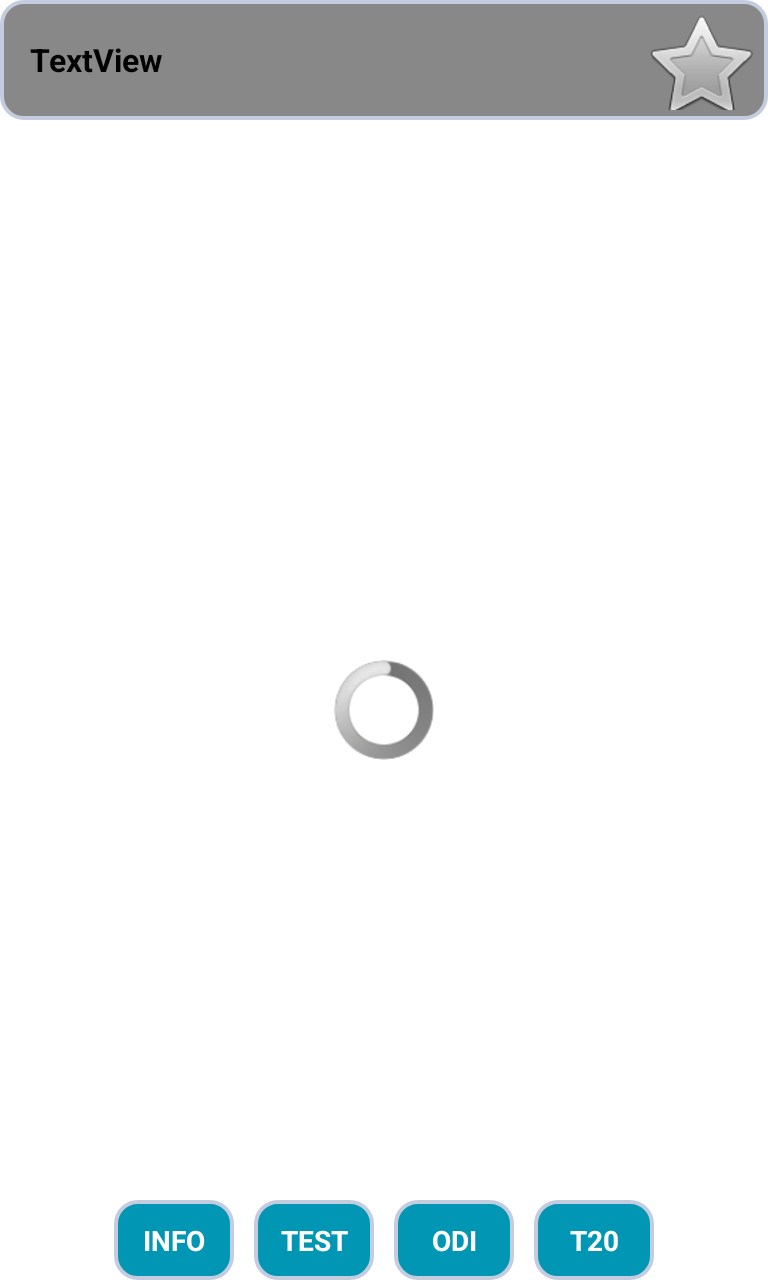
Repository: vinothsridhar/CrickBuzzChallenge
Layout: CricBuzzAndroidApp/res/layout/activity_playerprofile.xml
These files come from the project's save history. The layout is drawn as it stood at one moment and after the next save; the edit follows.
It is drawn on a 768 x 1280 px phone screen (xhdpi) without system bars, with theme AppTheme; the app's code is not run.

Above is the layout before, as saved 2014-12-20 16:20:49.

After the next save:
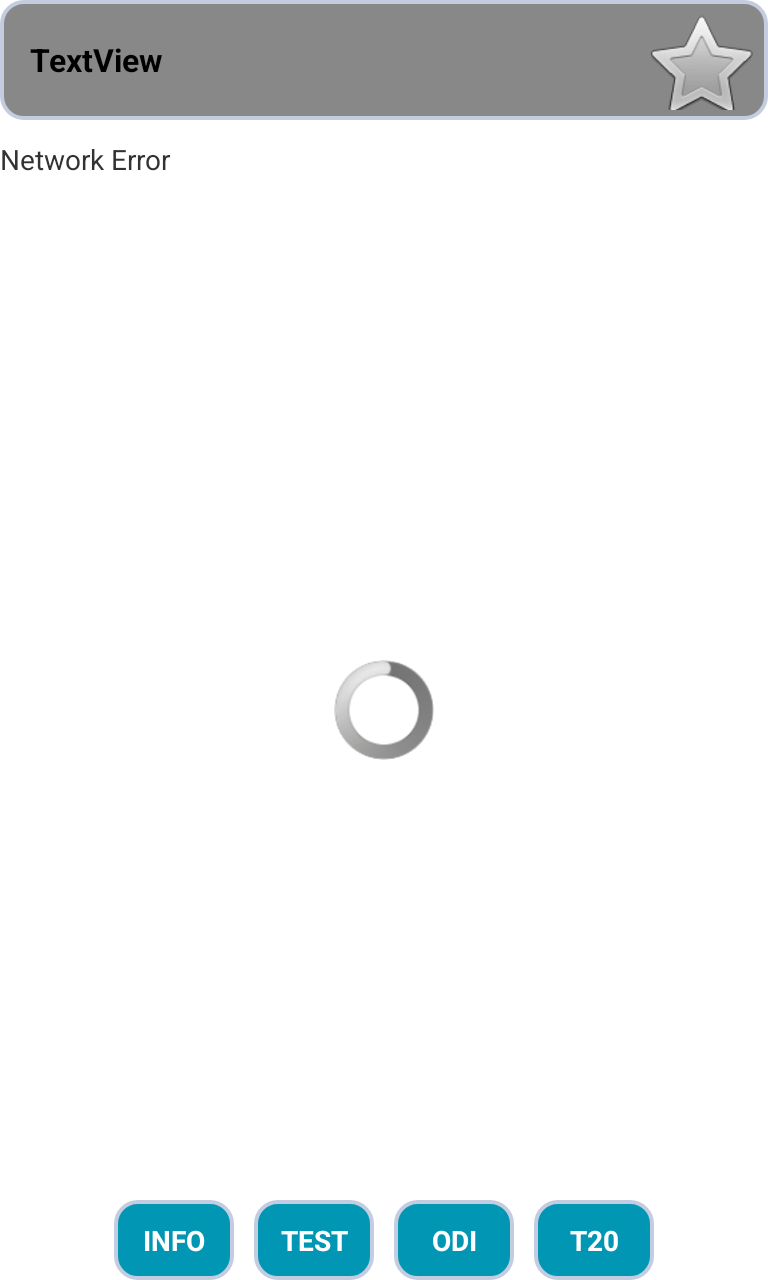
Saved 8 s later.
--- a/CricBuzzAndroidApp/res/layout/activity_playerprofile.xml
+++ b/CricBuzzAndroidApp/res/layout/activity_playerprofile.xml
@@ -22,7 +22,7 @@
             android:id="@+id/networkError"
             android:layout_width="fill_parent"
             android:layout_height="wrap_content"
-            android:text=""/>
+            android:text="@string/error_text"/>
 
         <RelativeLayout
             android:id="@+id/profileInfo"

After the save that followed:
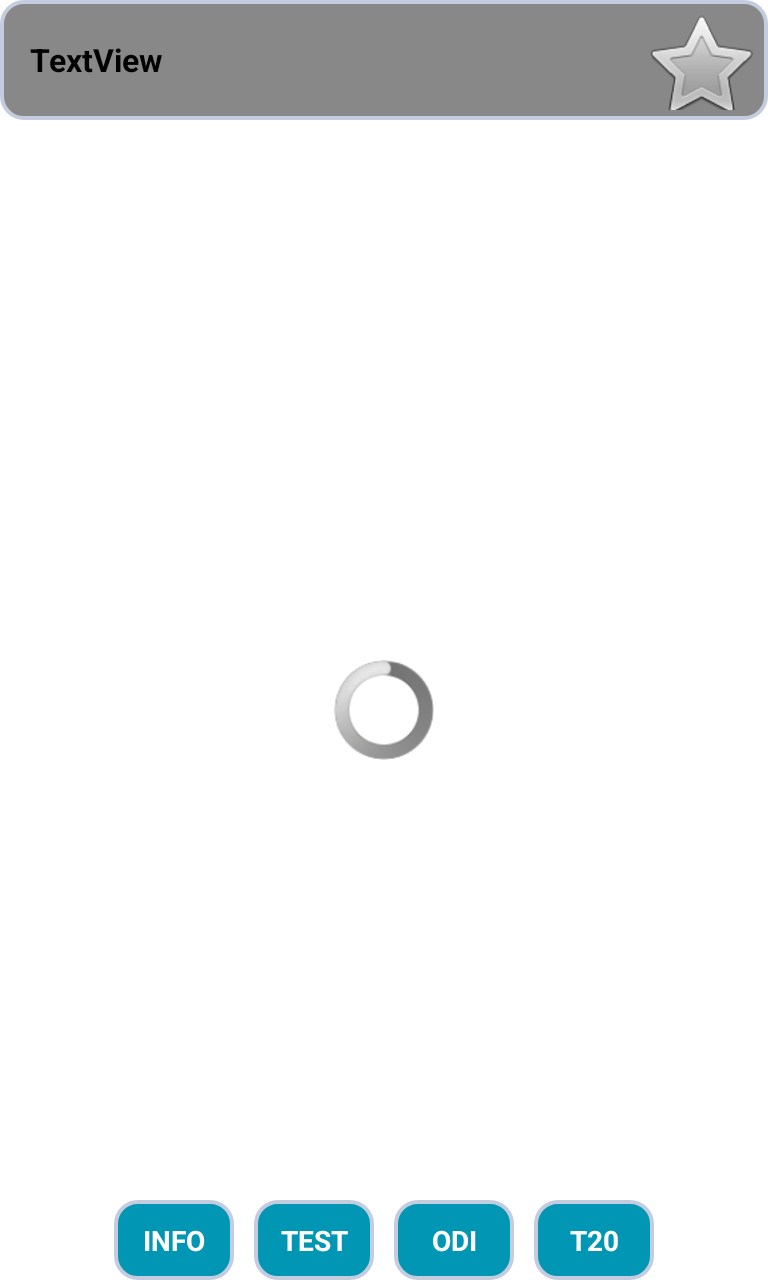
Saved 10 s later.
--- a/CricBuzzAndroidApp/res/layout/activity_playerprofile.xml
+++ b/CricBuzzAndroidApp/res/layout/activity_playerprofile.xml
@@ -22,6 +22,7 @@
             android:id="@+id/networkError"
             android:layout_width="fill_parent"
             android:layout_height="wrap_content"
+            android:visibility="gone"
             android:text="@string/error_text"/>
 
         <RelativeLayout
